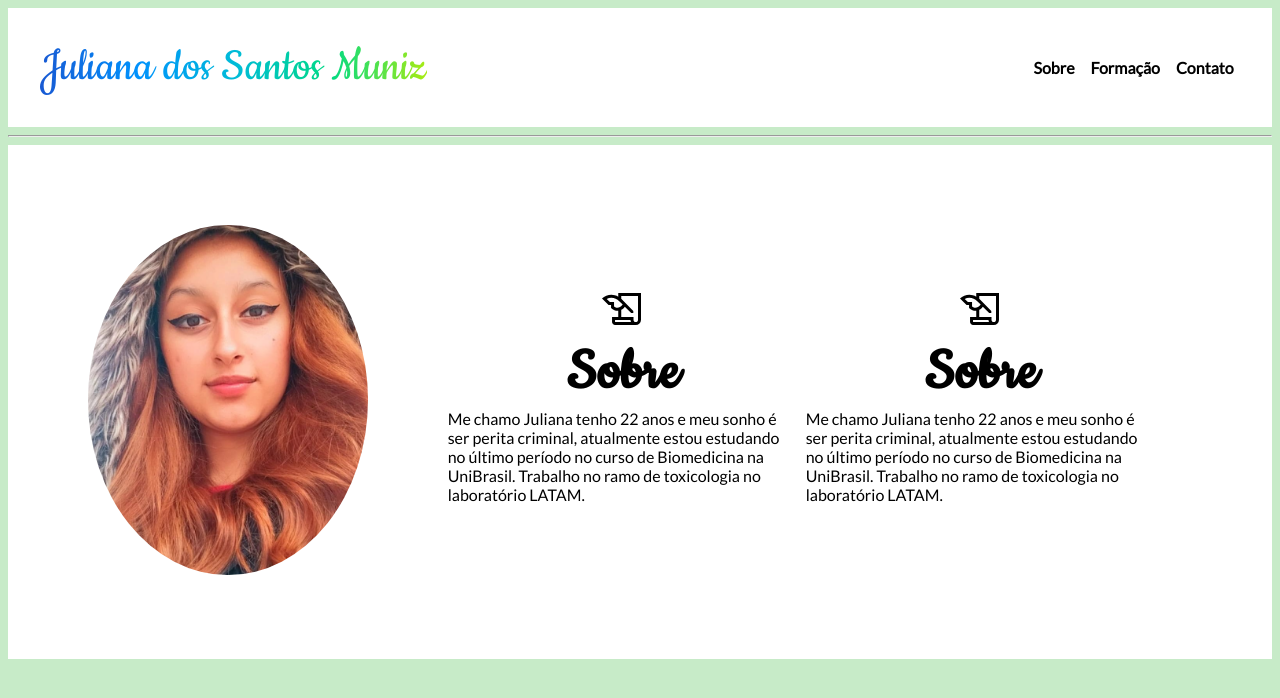
Repository: joaovnogueira/Portfolio-Juliana
Page: index.html
These files come from the project's save history. The page is drawn as it stood at one moment and after a run of saves; the edit follows.
The browser window is 1280 px wide. The pictures show the whole page.

Above is the page before, as saved 2022-06-14 16:20:33.

After the next 2 saves:
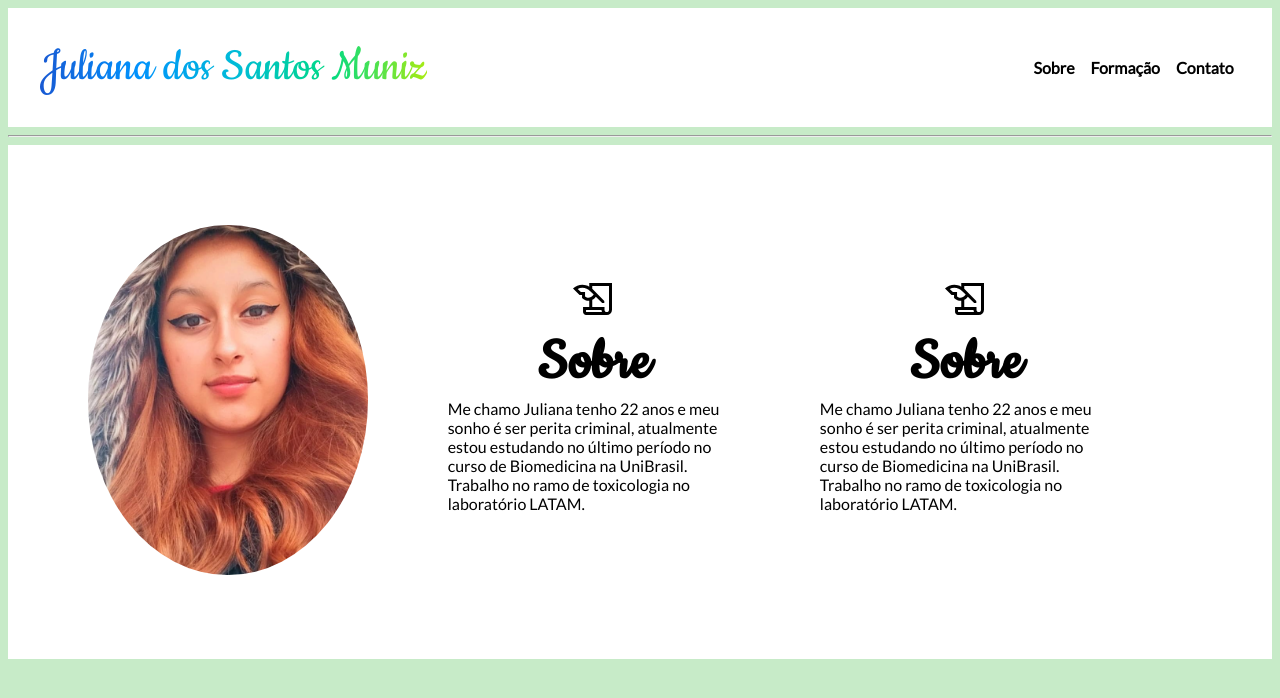
The 2 saves are shown as one change because they came seconds apart.
The last was saved 7 s later.
--- a/styles.css
+++ b/styles.css
@@ -63,7 +63,7 @@ hr{
     max-height: 100vh;
     text-align: center;
     vertical-align:middle;
-    margin-right: 8px;
+    margin-right: 80px;
 }
 
 h1{
